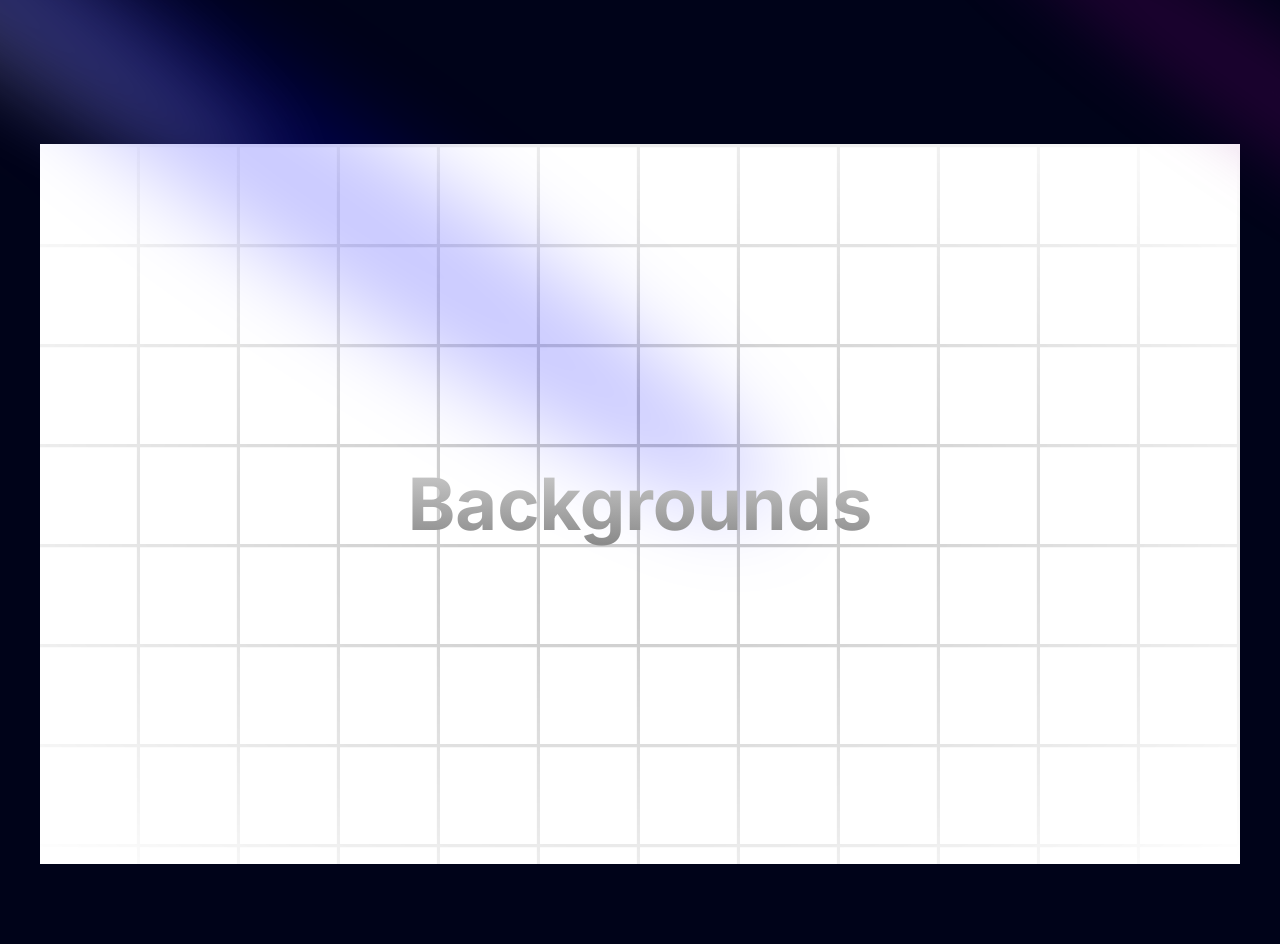
Repository: drsamame/portfolio.next
Page: /
The author's editor kept a copy of each file at every save. The page is drawn from the files as they stood at one save, then again after the next save.
The browser window is 1280 px wide. The pictures show the whole page.
The project was rebuilt for these pictures with package versions that can differ from the ones it lists, and the page was loaded fresh each time. The framework's server and built-in components were replaced by stand-ins that run in the browser. Also part of the build but not shown: next.config.mjs.

Above is the page before, as saved 2024-07-01 17:38:32.

After the next save:
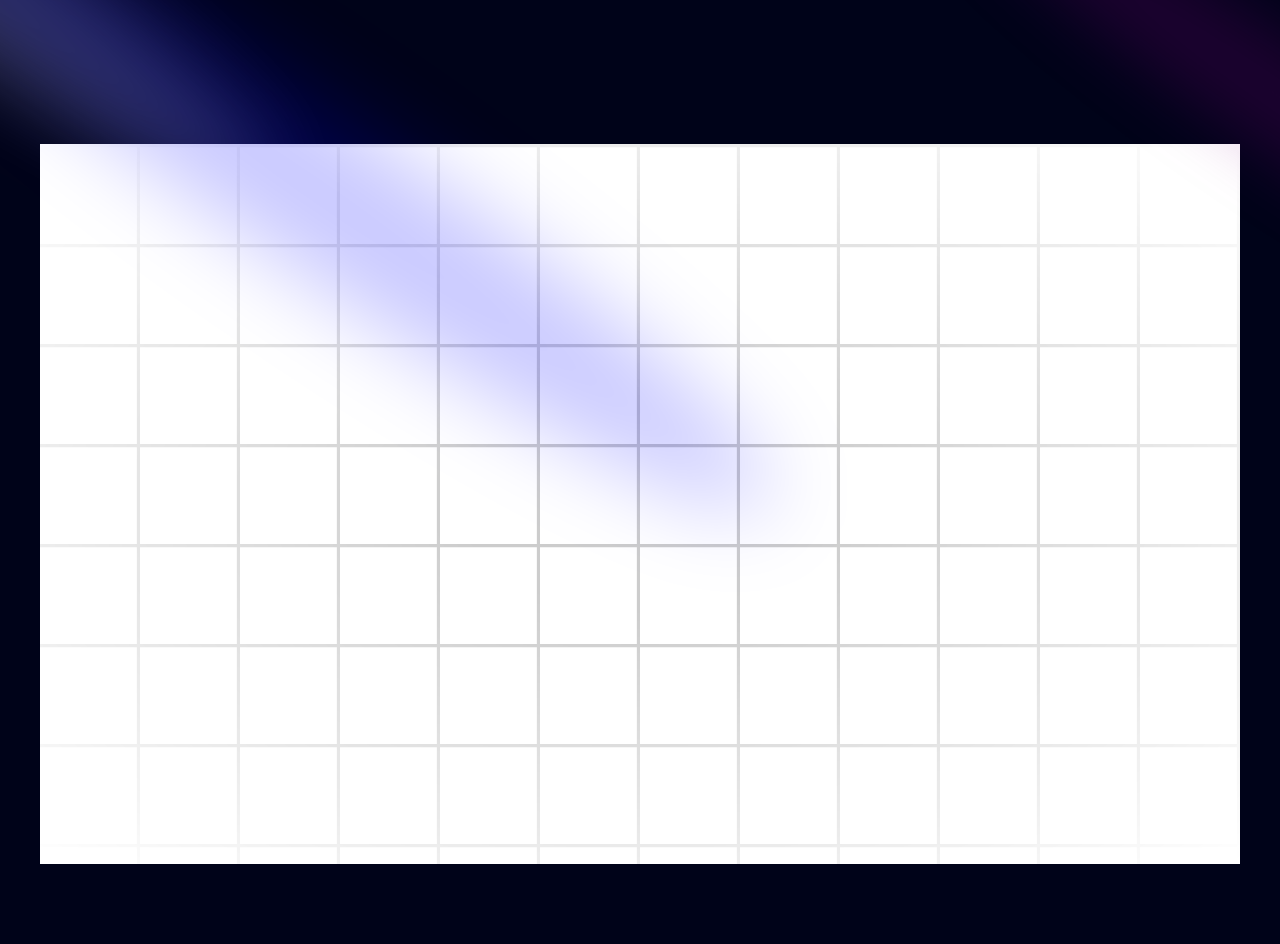
Saved 9 s later.
--- a/components/Hero.tsx
+++ b/components/Hero.tsx
@@ -18,9 +18,6 @@
 			</div>
 			<div className="h-screen w-full dark:bg-black-100 bg-white  dark:bg-grid-white/[0.3] bg-grid-black/[0.2] relative flex items-center justify-center">
 				<div className="absolute pointer-events-none inset-0 flex items-center justify-center dark:bg-black-100 bg-white [mask-image:radial-gradient(ellipse_at_center,transparent_20%,black)]"></div>
-				<p className="text-4xl sm:text-7xl font-bold relative z-20 bg-clip-text text-transparent bg-gradient-to-b from-neutral-200 to-neutral-500 py-8">
-					Backgrounds
-				</p>
 			</div>
 		</div>
 	);
